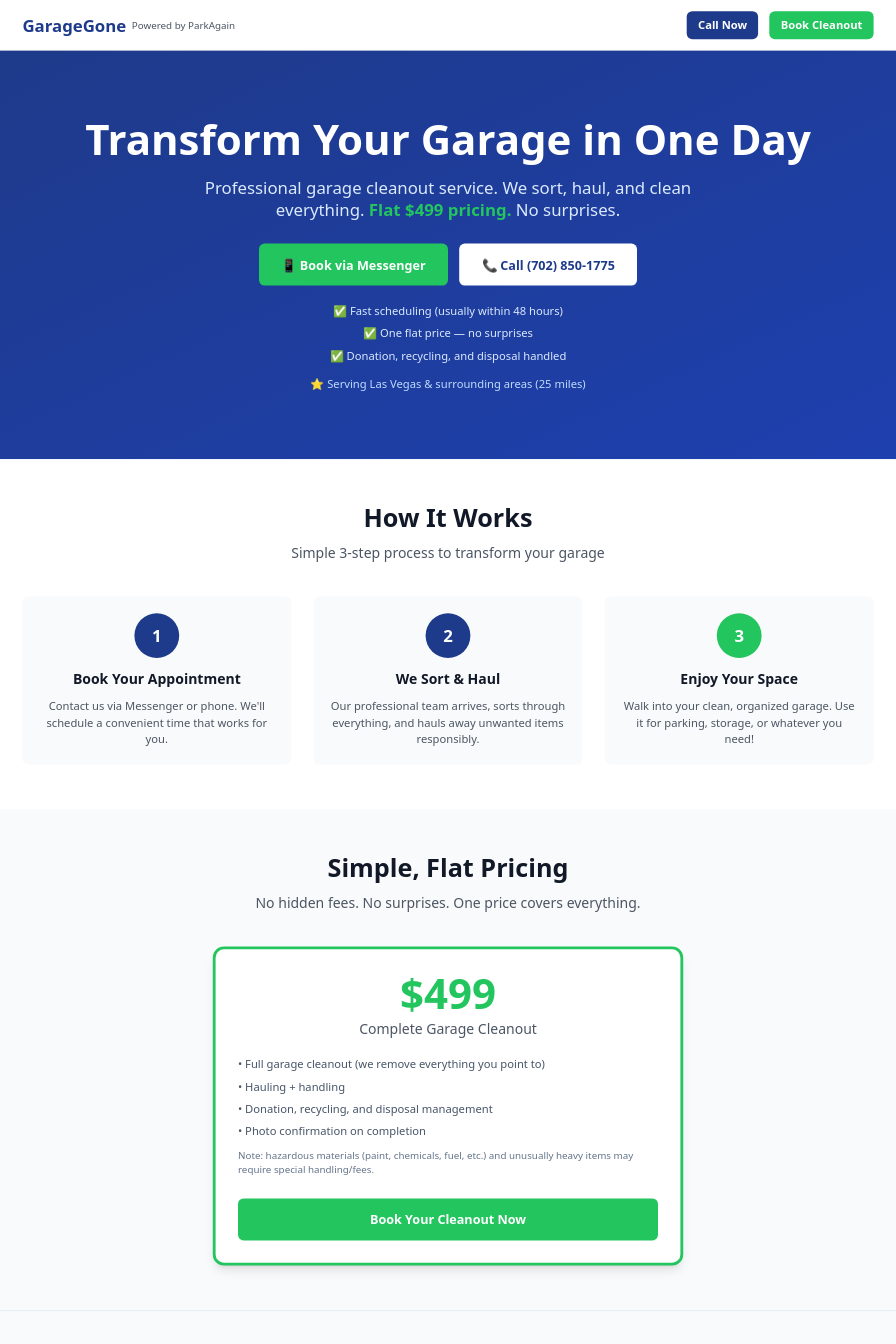
Repository: nikwhite1169/garagegone
Page: index.html
An editor plug-in stored every save of this project. The page is shown before and after the next save, followed by the edit.
The browser window is 1280 px wide. The pictures show the part of the page from y = 0 to 1920 px (the page is 4558 px tall before and 4574 px after), at 70% of full size.
Some web libraries are served in a nearby version.

Above is the page before, as saved 2025-09-15 13:47:19.

After the next save:
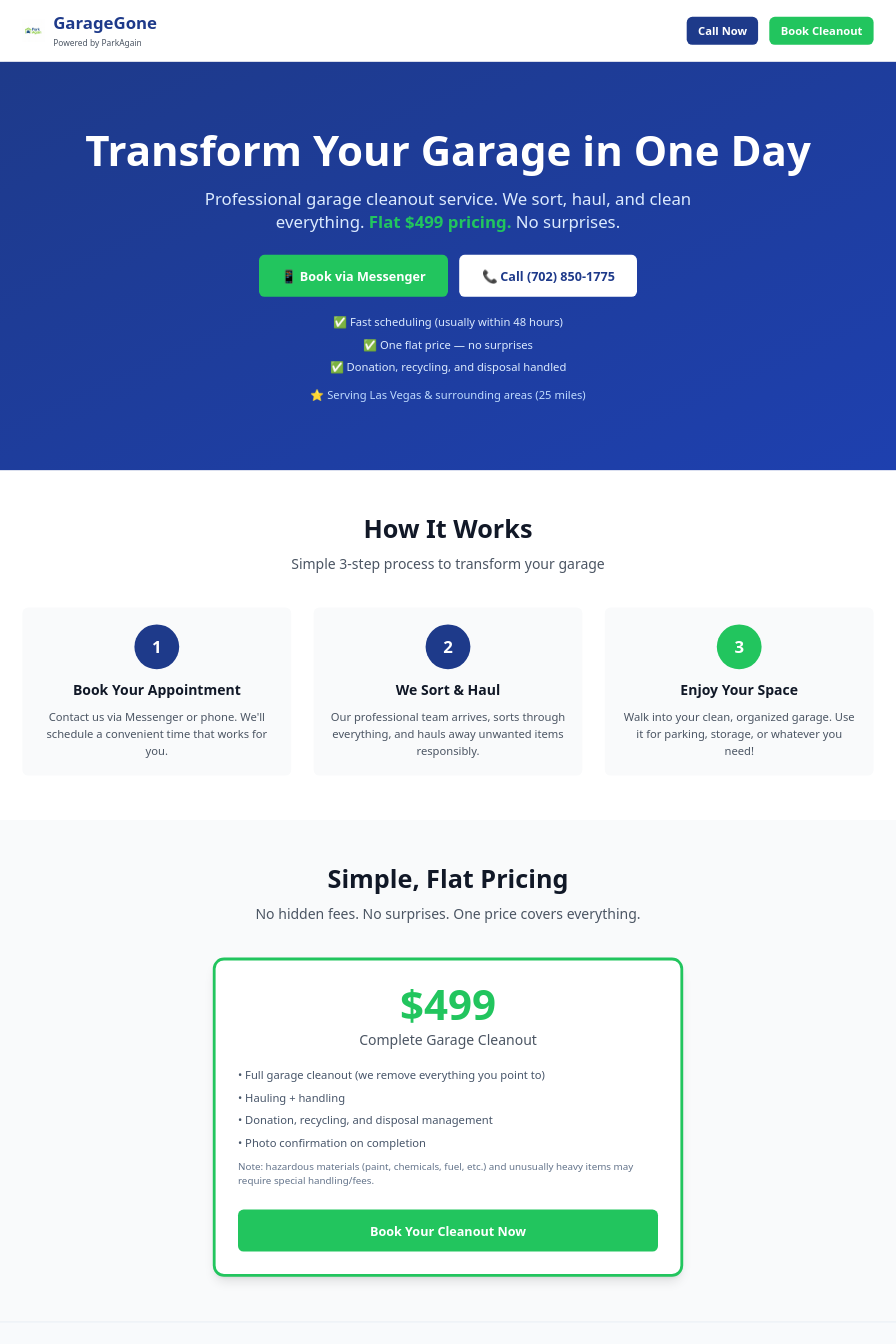
Saved 112 s later.
--- a/index.html
+++ b/index.html
@@ -130,8 +130,11 @@
         <div class="max-w-7xl mx-auto px-4 sm:px-6 lg:px-8">
             <div class="flex justify-between items-center py-4">
                 <div class="flex items-center">
-                    <h1 class="text-2xl font-bold text-brand-blue">GarageGone</h1>
-                    <span class="ml-2 text-sm text-gray-600">Powered by ParkAgain</span>
+                    <img src="assets/logo.png" alt="GarageGone Logo" class="h-8 w-auto mr-3">
+                    <div>
+                        <h1 class="text-2xl font-bold text-brand-blue">GarageGone</h1>
+                        <span class="text-xs text-gray-600">Powered by ParkAgain</span>
+                    </div>
                 </div>
                 <div class="hidden md:flex space-x-4">
                     <a href="tel:+7028501775" class="bg-brand-blue text-white px-4 py-2 rounded-lg font-semibold hover:bg-blue-800 transition-colors">
